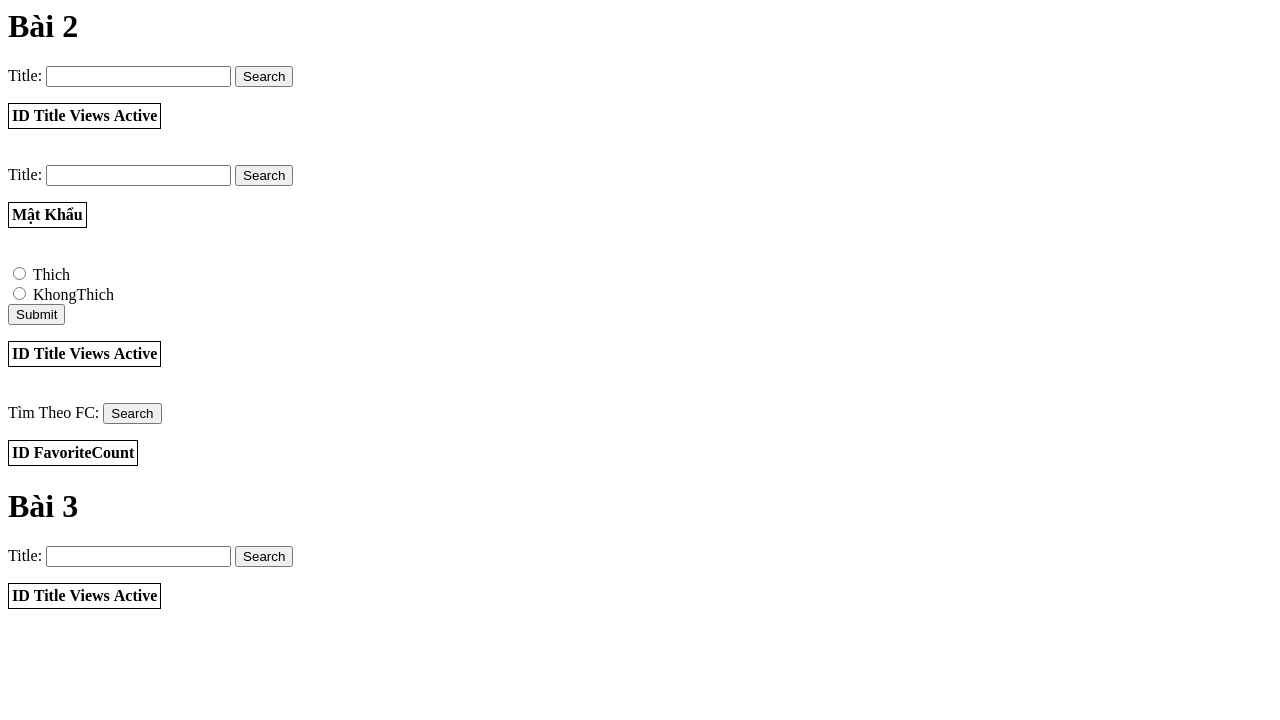
Repository: Hacorbie/Java-Servlet
Page: http://localhost/ASM_JV4/views/NewFile.jsp
An editor plug-in stored every save of this project. The page is shown before and after the next save, followed by the edit.
The browser window is 1280 px wide. The pictures show the whole page.
The page is served by Tomcat 9. Other server files are loaded and not shown. The template is opened directly, without the code that normally fills it, so the values that code supplies are empty.

Above is the page before, as saved 2023-04-04 19:39:54.

### ASM_JV4/src/main/webapp/views/NewFile.jsp
<%@ taglib uri="http://java.sun.com/jsp/jstl/core" prefix="c"%>
<%@ page language="java" contentType="text/html; charset=UTF-8"
	pageEncoding="UTF-8"%>
<html>
<meta charset="UTF-8">
<head>
<title>Search Videos</title>
</head>
<body>
	<h1>Bài 2</h1>
	<c:url var =  "url" value ="/Lab6"></c:url>
	<form action="${url}/SearchVid" method="POST">
		<label>Title:</label> <input type="text" name="searchvid">
		<button type="submit">Search</button>
	</form>
	<table style="border: 1px solid black">
		<thead>
			<tr>
				<th>ID</th>
				<th>Title</th>
				<th>Views</th>
				<th>Active</th>
			</tr>
		</thead>
		<tbody>
			<c:forEach items="${videos}" var="video">
				<tr>
					<td>${video.id}</td>
					<td>${video.title}</td>
					<td>${video.views}</td>
					<td>${video.active}</td>
				</tr>
			</c:forEach>
		</tbody>
	</table>
	<br>
	<br>
	<form action="${url}/SearchUser" method="POST">
		<label>Title:</label> <input type="text" name="searchUserByVid">
		<button type="submit">Search</button>

	</form>
	<table style="border: 1px solid black">
			<thead>
				<tr>
					<th>Mật Khẩu</th>

				</tr>
			</thead>
			<tbody>
				<c:forEach items="${users}" var="user">
					<tr>
						<td>${user.password}</td>
					</tr>
				</c:forEach>
			</tbody>
		</table>
		<br> <br>
	<form action="${url}/SearchVidByF" method="POST">
		<input type="radio" name ="thichh" value = "yes" >
			<label> Thich</label><br>
			<input type="radio" name ="thichh" value = "no">
			<label> KhongThich</label><br>
				<input type="submit" />
	</form>
			<table style="border: 1px solid black">
			<thead>
				<tr>
					<th>ID</th>
					<th>Title</th>
					<th>Views</th>
					<th>Active</th>

				</tr>
			</thead>
			<tbody>
				<c:forEach items="${videofs}" var="videof">
					<tr>
						<td>${videof.id}</td>
						<td>${videof.title}</td>
						<td>${videof.views}</td>
						<td>${videof.active}</td>
					</tr>
				</c:forEach>
			</tbody>
		</table>
		<br> <br>
	<form action="${url}/SearchVidByCount" method="POST">
	<label>Tìm Theo FC:</label>
		<button type="submit">Search</button>
	</form>

			<table style="border: 1px solid black">
			<thead>
				<tr>
					<th>ID</th>
					<th>FavoriteCount</th>

				</tr>
			</thead>
			<tbody>
				<c:forEach items="${rps}" var="rp">
					<tr>
						<td>${rp.groupp}</td>
					<td>${rp.likes}</td>
					</tr>
				</c:forEach>
			</tbody>
		</table>
		<h1>Bài 3</h1>
		<form action="${url}/SearchVid" method="POST">
		<label>Title:</label> <input type="text" name="searchvid">
		<button type="submit">Search</button>
	</form>
	<table style="border: 1px solid black">
		<thead>
			<tr>
				<th>ID</th>
				<th>Title</th>
				<th>Views</th>
				<th>Active</th>
			</tr>
		</thead>
		<tbody>
			<c:forEach items="${videoss}" var="videosss">
				<tr>
					<td>${videosss.id}</td>
					<td>${videosss.title}</td>
					<td>${videosss.views}</td>
					<td>${videosss.active}</td>
				</tr>
			</c:forEach>
		</tbody>
	</table>
</body>
</html>

After the next save:
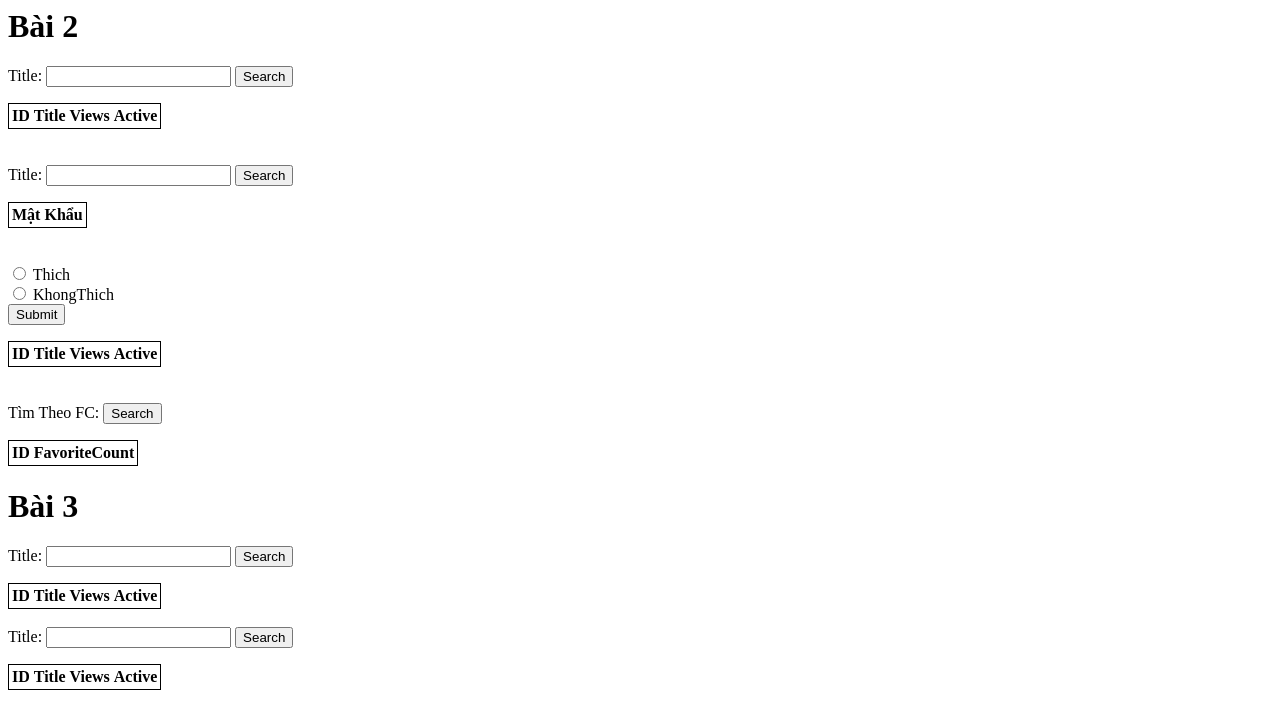
Saved 32 s later.
--- a/ASM_JV4/src/main/webapp/views/NewFile.jsp
+++ b/ASM_JV4/src/main/webapp/views/NewFile.jsp
@@ -132,5 +132,30 @@
 			</c:forEach>
 		</tbody>
 	</table>
+	<br>
+	<form action="${url}/SearchVid" method="POST">
+		<label>Title:</label> <input type="text" name="searchvid">
+		<button type="submit">Search</button>
+	</form>
+	<table style="border: 1px solid black">
+		<thead>
+			<tr>
+				<th>ID</th>
+				<th>Title</th>
+				<th>Views</th>
+				<th>Active</th>
+			</tr>
+		</thead>
+		<tbody>
+			<c:forEach items="${videoss}" var="videosss">
+				<tr>
+					<td>${videosss.id}</td>
+					<td>${videosss.title}</td>
+					<td>${videosss.views}</td>
+					<td>${videosss.active}</td>
+				</tr>
+			</c:forEach>
+		</tbody>
+	</table>
 </body>
 </html>
